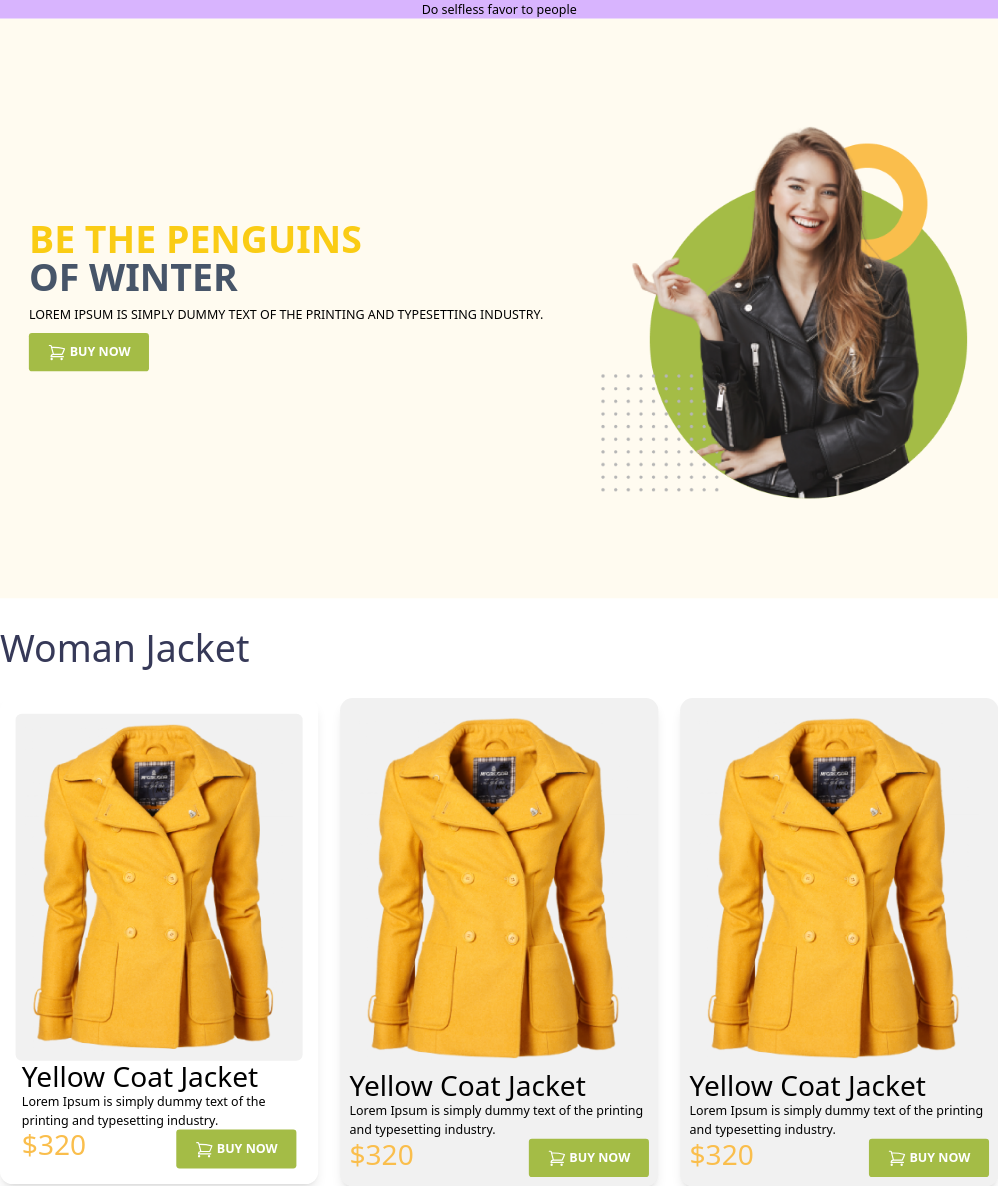
Repository: zjria/penguin-e-commerce-fashion
Page: index.html
The author's editor kept a copy of each file at every save. The page is drawn from the files as they stood at one save, then again after the next save.
The browser window is 1280 px wide. The pictures show the whole page, at 78% of full size.
Some web libraries are served in a nearby version.

Above is the page before, as saved 2022-10-07 08:31:15.

After the next save:
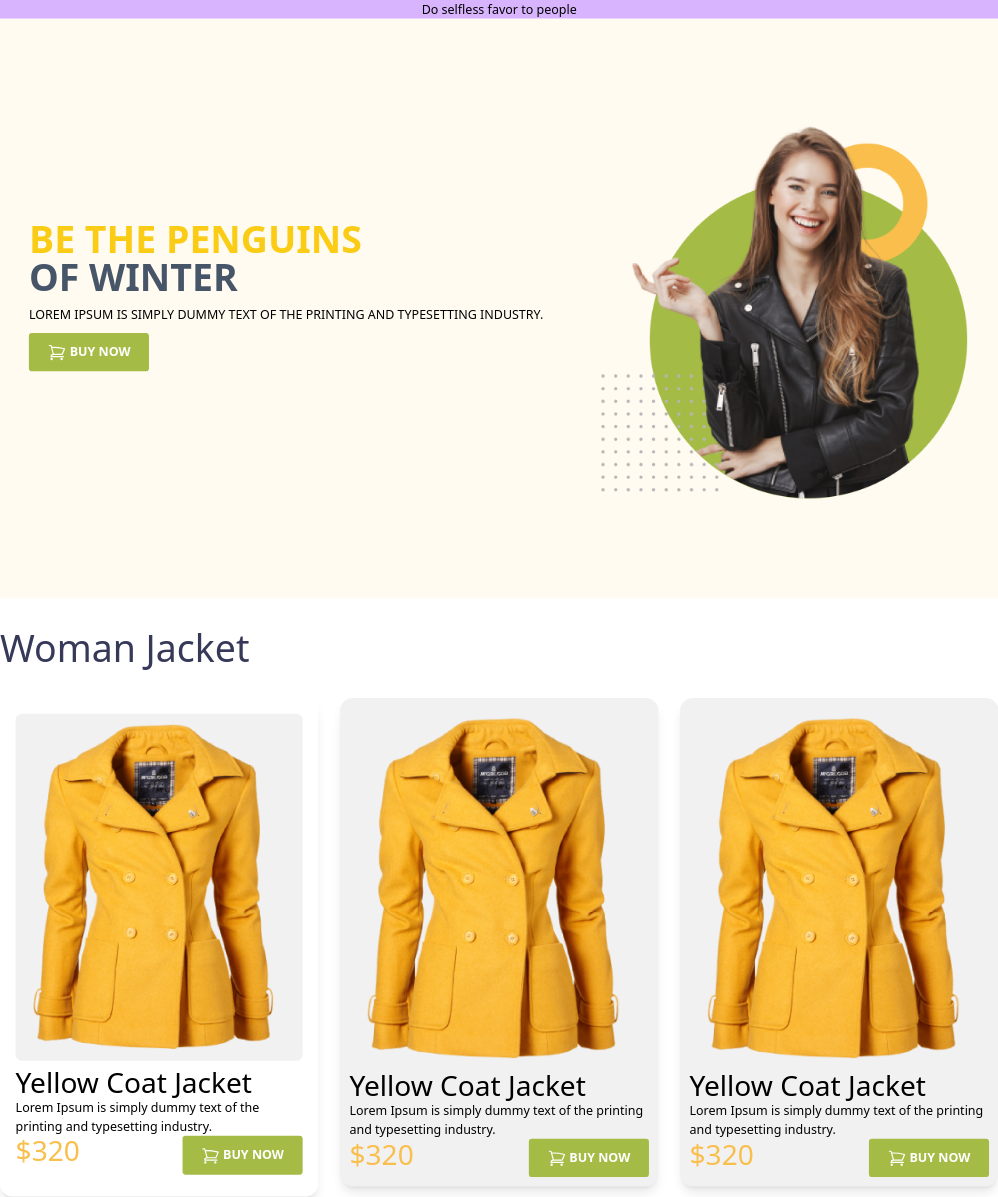
Saved 14 s later.
--- a/index.html
+++ b/index.html
@@ -70,7 +70,7 @@
                         <div class="p-3 bg-card_bg rounded-lg">
                             <img src="images/jacket-1.png" alt="">
                         </div>
-                        <div class="px-2">
+                        <div class="py-2">
                             <h3 class="text-4xl">Yellow Coat Jacket</h3>
                             <p>Lorem Ipsum is simply dummy text of the
                                 printing and typesetting industry.</p>
